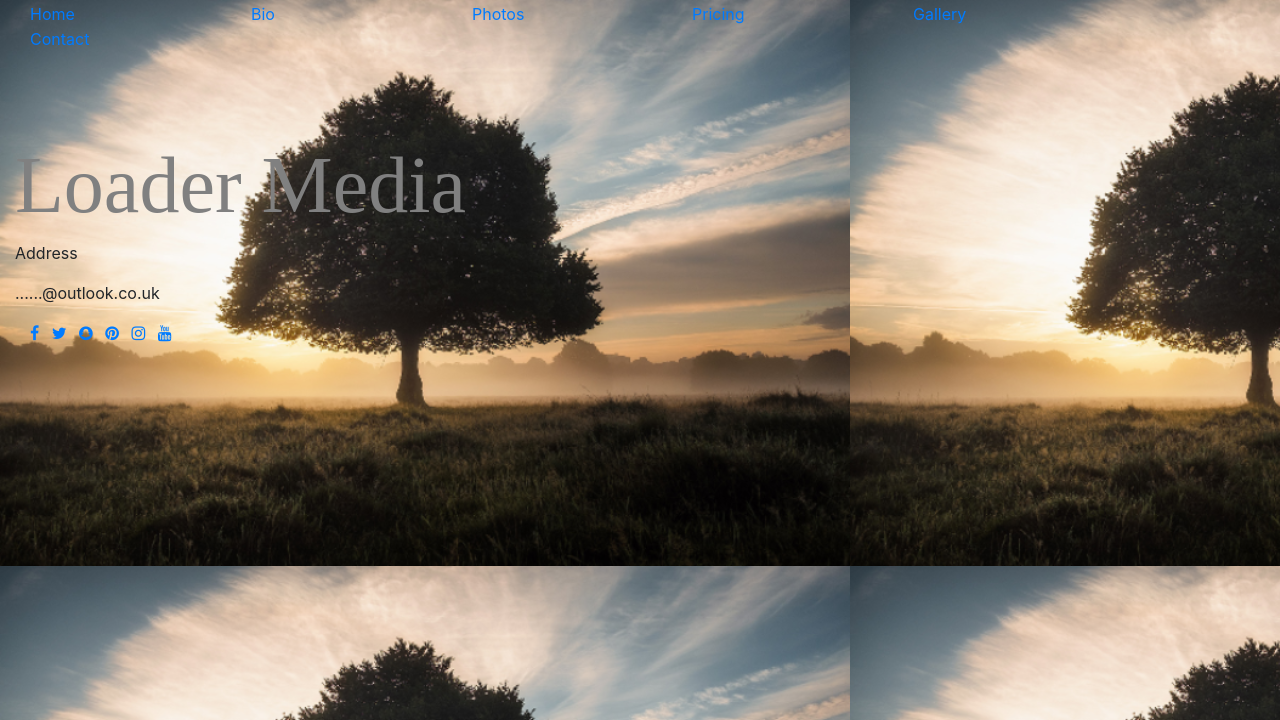
Repository: elizabeth24602/LoaderMedia
Page: index.html
The author's editor kept a record of every edit. The page is drawn from the files as they stood at one moment, then again after the next edit.
The browser window is 1280 px wide. The pictures show the whole page.
Some web fonts or font styles are not loaded; a fallback is used.

Above is the page before.
Console error: TypeError: Cannot read properties of null (reading 'textContent')
Not found: Assests/images/

### index.html
<!DOCTYPE html>
<html lang="en">
<head>
    <meta charset="UTF-8">
    <meta name="viewport" content="width=device-width, initial-scale=1.0">
    <meta http-equiv="X-UA-Compatible" content="ie=edge">

    <link rel="stylesheet" href="static/css/bootstrap.min.css" type="text/css" />
    <link rel="stylesheet" href="static/css/dc.min.css" type="text/css" />



    <link rel="stylesheet" href="https://stackpath.bootstrapcdn.com/bootstrap/4.3.1/css/bootstrap.min.css" type="text/css" />
    <link rel="stylesheet" href="https://stackpath.bootstrapcdn.com/font-awesome/4.7.0/css/font-awesome.min.css" type="text/css" />
    <link href="https://fonts.googleapis.com/css?family=Lacquer&display=swap" rel="stylesheet">
    <link href="https://fonts.googleapis.com/css?family=Beth+Ellen&display=swap" rel="stylesheet">
    <link rel="stylesheet" href="https://cdnjs.cloudflare.com/ajax/libs/hover.css/2.3.1/css/hover-min.css" type="text/css" />
    <link rel="stylesheet" href="Assests/images/" type="text/css" />
    <link rel="stylesheet" href="Assests/css/style.css" type="text/css" />

    <title>Loader Media</title>

     <script type="text/javascript" src="static/js/d3.min.js"></script>
    <script type="text/javascript" src="static/js/crossfilter.min.js"></script>
    <script type="text/javascript" src="static/js/dc.min.js"></script>
    <script type="text/javascript" src="static/js/queue.min.js"></script>
    <script type="text/javascript" src="static/js/graph.js"></script>

</head>
<body class="index">
     <header class="container-fluid">
         <div class="row no-gutters">
            <div class="col">
                <ul id="nav" class="list-inline menucontainer">
                    <li class="col-4 col-sm-2 ui-menu-color-home list-inline-item menuitem">
                        <a href="index.html" class="hvr-underline-from-center"><span>Home</span></a>
                    </li>
                    <li class="col-4 col-sm-2 ui-menu-color-bio list-inline-item menuitem">
                        <a href="bio.html" class="hvr-underline-from-center"><span>Bio</span></a>
                    </li>
                     <li class="col-4 col-sm-2 ui-menu-color-photos list-inline-item menuitem">
                        <a href="photos.html" class="hvr-underline-from-center"><span>Photos</span></a>
                    </li>
                    <li class="col-4 col-sm-2 ui-menu-color-pricing list-inline-item menuitem">
                        <a href="pricing.html" class="hvr-underline-from-center"><span>Pricing</span></a>
                    </li>
                    <li class="col-4 col-sm-2 ui-menu-color-gallery list-inline-item menuitem">
                        <a href="gallery.html" class="hvr-underline-from-center"><span>Gallery</span></a>
                    </li>
                    <li class="col-4 col-sm-2 ui-menu-color-contact list-inline-item menuitem">
                        <a href="contact.html" class="hvr-underline-from-center"><span>Contact</span></a>
                    </li>
                </ul>
            </div>
        </div>

        <div class="row no-gutters">
                <h1 class="name">Loader Media</h1>
            </div>
    </header>

    <section>
      <div>

      </div>
    </section>

    <footer class="container-fluid">
    <div id="footer-details" class="row">
        <div class="col-sm-12">
            <p class="address">Address</p>
        </div>
    </div>
        <div class="row">
            <div class="col-sm-12">
                <p class="email">......@outlook.co.uk</p>
            </div>
        </div>
        <div class="row">
            <div class="col-sm-12">
                        <ul class="list-inline social-links2 container-fluid">
                    <li class="list-inline-item">
                        <a target="_blank" href="#">
                            <i class="fa fa-facebook" aria-hidden="true"></i>
                            <span class="sr-only">Facebook</span>
                        </a>
                    </li>
                    <li class="list-inline-item">
                        <a target="_blank" href="#">
                            <i class="fa fa-twitter" aria-hidden="true"></i>
                            <span class="sr-only">Twitter</span>
                        </a>
                    </li>
                    <li class="list-inline-item">
                        <a target="_blank" href="#">
                            <i class="fa fa-snapchat" aria-hidden="true"></i>
                            <span class="sr-only">Snapchat</span>
                        </a>
                    </li>
                    <li class="list-inline-item">
                        <a target="_blank" href="#">
                            <i class="fa fa-pinterest" aria-hidden="true"></i>
                            <span class="sr-only">Pinterest</span>
                        </a>
                    </li>
                    <li class="list-inline-item">
                        <a target="_blank" href="#">
                            <i class="fa fa-instagram" aria-hidden="true"></i>
                            <span class="sr-only">Instagram</span>
                        </a>
                    </li>
                    <li class="list-inline-item">
                        <a target="_blank" href="#">
                            <i class="fa fa-youtube" aria-hidden="true"></i>
                            <span class="sr-only">YouTube</span>
                        </a>
                    </li>
                </ul>
            </div>
        </div>
    </footer>

</body>
</html>

### Assests/css/style.css
@import url('https://fonts.googleapis.com/css?family=Lacquer:100,200,300,400,500,600,700|Beth+Ellen:100,200,300,400,500,600,700|Pacifico:100,200,300,400,500,600,700');

/*-------------------------------Website Name */

.name {
    font-family: "Beth+Ellen";
     font-weight: 100;
    font-size: 80px;
    margin-top: 70px;
    text-align: center;
    color: #808080;
}

.name3 {
    font-family: "Beth+Ellen";
     font-weight: 60;
    font-size: 50px;
    margin-top: 70px;
    text-align: center;
    color: #595959;
}

/*-------------------------------Background */

body {
  background-image: url("landscape.jpg");
  background-image: url("lan
  height: 500px;
  background-position: center;
  background-repeat: no-repeat;
  background-size: cover;dscape.jpg");
  background-color: #fff5ee;
  height: 500px;
  background-position: center;
  background-repeat: no-repeat;
  background-size: cover;
}

/*-------------------------------Social */

.social-links {
    padding-top: 15px;
    padding-bottom: 15px;
}

.social-links li a i {
    width: 30px;
    height: 30px;
    padding: 12px 0;
    border-radius: 20%;
    font-size: 25px;
    line-height: 7px;
    text-align: center;
    color: #8ca3a3;
    background: #fff5ee;
    transition: all 0.35s ease-in-out;
    -moz-transition: all 0.35s ease-in-out;
    -webkit-transition: all 0.35s ease-in-out;
    -o-transition: all 0.35s ease-in-out;
}

/*-------------------------------menu */


.list-inline-item:not(:last-child) {
    margin: 0;
}

.menucontainer {
    font-size: 0;
    margin: auto;
    width: 60%;
    padding: 10px;
}

#nav li {
    font-size: 20px;
    font-family: 'Beth+Ellen';
    padding: 0;
}

.menuitem {
    text-align: center;
    padding: 0;
}

.body {
    text-align: center;
}

.menuitem a {
    width: 100%;
    text-decoration: none;
    color: #808080;
}

.hvr-underline-from-center:before {
    background-color: #ffffff;
    color: #d3d3d3;
}


.a:hover {
    text-decoration: none;
}

/*-------------------------------Footer */


footer {
    background-color: #666633;
    color: #ffffff;
    min-height: 120px;
    margin: 0;
}

.address {
    color: #ffffff;
    text-align: center;
    font-family: "Beth+Ellen";
    padding-top: 20px;
    font-size: 20px;
}
.email {
    color: #ffffff;
    text-align: center;
    font-family: "Beth+Ellen";
    padding: 10px;
    font-size: 20px;
}

.social-links2 {
    padding-top: 15px;
    padding-bottom: 15px;
    text-align: center;
}

.social-links2 li a i {
    width: 30px;
    height: 30px;
    padding: 12px 0;
    border-radius: 20%;
    font-size: 25px;
    line-height: 7px;
    text-align: center;
    color: #ffffff;
    transition: all 0.35s ease-in-out;
    -moz-transition: all 0.35s ease-in-out;
    -webkit-transition: all 0.35s ease-in-out;
    -o-transition: all 0.35s ease-in-out;
}

/*-------------------------------Home */

body {
  background-image: url("../images/horses.jpg");
  background-color: #fff5ee;
  height: 500px;
  background-position: center;
  background-repeat: no-repeat;
  background-size: cover;
}
/*-------------------------------Photos */
.purchased {
    font-family: 'pacifico';
    font-weight: 100;
    font-size: 30px;
    margin-top: 50px;
    text-align: center;
    color: #808080;
}

.gender {
    color: #808080;
    font-family: "Beth+Ellen";
}

.dc-chart rect.bar {
fill: #666633;
}

.gender-balance {
    color: #808080;
}

.info {
    font-family: "pacifico";
    color: #808080;
    text-align: center;
}

.info2 {
    font-family: "pacifico";
    color: #808080;
    text-align: center;
}

.info3 {
    font-family: "pacifico";
    color: #808080;
    text-align: center;
}

.shade {
    color: #ffffff;
    font-family: "Beth+Ellen";
}

/*-------------------------------Gallery */

.row {
  display: flex;
  flex-wrap: wrap;
  padding: 0 4px;
}

/* Create two equal columns that sits next to each other */
.column {
  flex: 50%;
  padding: 0 4px;
}

.column img {
  margin-top: 8px;
  vertical-align: middle;
}

/*-------------------------------contact */

.contact-heading {
    font-family: "Beth+Ellen";
    text-align: center;
    font-weight: 100;
    margin-top: 25px;
    margin-bottom: 20px;
    color: #808080;
}

.text-center {
    font-family: "pacifico";
    text-align: center;
    font-weight: 100;
    margin-top: 25px;
    margin-bottom: 20px;
    color: #808080;
}


.center-form {
    padding-top: 10px;
    margin: 0 auto;
    max-width: 70%;
    font-family: "Beth+Ellen";
}

button[type="submit"] {
    margin-top: 15px;
    margin-bottom: 20px;
    background-color: #666633;
    color: #fafafa;
    font-family: "Beth+Ellen";
}

.chat {
   font-family: "Beth+Ellen";
    font-weight: 100;
    margin-top: 180px;
    margin-bottom: 20px;
    text-align: center;
    color: #595959;
}

.number {
     font-family: "pacifico";
    font-weight: 100;
    margin-top: 125px;
    margin-bottom: 20px;
    text-align: center;
    color: #808080;
}

.laptop {
    display: block;
  margin-left: auto;
  margin-right: auto;
  margin-top: 20px;
  width: 90%;
}

.phone {
  display: block;
  margin-left: auto;
  margin-right: auto;
  margin-top: 20px;
  margin-bottom: 20px;
  width: 90%;
}

### static/js/graph.js
queue()
    .defer(d3.csv, "data/Salaries.csv")
    .await(makeGraphs);

function makeGraphs(error, salaryData) {
    var ndx = crossfilter(salaryData);

    salaryData.forEach(function(d){
        d.salary = parseInt(d.salary);
    })

    show_discipline_selector(ndx);
    show_gender_balance(ndx);
    show_average_salary(ndx);
    show_rank_distribution(ndx);

    dc.renderAll();
}

function show_discipline_selector(ndx) {
    var dim = ndx.dimension(dc.pluck('discipline'));
    var group = dim.group();

    dc.selectMenu("#discipline-selector")
        .dimension(dim)
        .group(group);
}


function show_gender_balance(ndx) {
    var dim = ndx.dimension(dc.pluck('sex'));
    var group = dim.group();

    dc.barChart("#gender-balance")
        .width(400)
        .height(300)
        .margins({top: 10, right: 50, bottom: 30, left: 50})
        .dimension(dim)
        .group(group)
        .transitionDuration(500)
        .x(d3.scale.ordinal())
        .xUnits(dc.units.ordinal)
        .xAxisLabel("Gender")
        .yAxis().ticks(20);
}


function show_average_salary(ndx) {
    var dim = ndx.dimension(dc.pluck('sex'));

    function add_item(p, v) {
        p.count++;
        p.total += v.salary;
        p.average = p.total / p.count;
        return p;
    }

    function remove_item(p, v) {
        p.count--;
        if(p.count == 0) {
            p.total = 0;
            p.average = 0;
        } else {
            p.total -= v.salary;
            p.average = p.total / p.count;
        }
        return p;
    }

    function initialise() {
        return {count: 0, total: 0, average: 0};
    }

    var averageSalaryByGender = dim.group().reduce(add_item, remove_item, initialise);

    dc.barChart("#average-salary")
        .width(400)
        .height(300)
        .margins({top: 10, right: 50, bottom: 30, left: 50})
        .dimension(dim)
        .group(averageSalaryByGender)
        .valueAccessor(function(d){
            return d.value.average.toFixed(2);
        })
        .transitionDuration(500)
        .x(d3.scale.ordinal())
        .xUnits(dc.units.ordinal)
        .elasticY(true)
        .xAxisLabel("Shade")
        .yAxis().ticks(10);
}


function show_rank_distribution(ndx) {

    function rankByGender(dimension, rank) {
        return dimension.group().reduce(
            function (p, v) {
                p.total++;
                if(v.rank == rank) {
                    p.match++;
                }
                return p;
            },
            function (p, v) {
                p.total--;
                if(v.rank == rank) {
                    p.match--;
                }
                return p;
            },
            function () {
                return {total: 0, match: 0};
            }
        );
    }

    var dim = ndx.dimension(dc.pluck("sex"));
    var profByGender = rankByGender(dim, "Motor Vehicles");
    var asstProfByGender = rankByGender(dim, "Animals");
    var assocProfByGender = rankByGender(dim, "Landscapes");

    dc.barChart("#rank-distribution")
        .width(400)
        .height(300)
        .dimension(dim)
        .group(profByGender, "Motors")
        .stack(asstProfByGender, "Animals")
        .stack(assocProfByGender, "Landscapes")
        .valueAccessor(function(d) {
            if(d.value.total > 0) {
                return (d.value.match / d.value.total) * 100;
            } else {
                return 0;
            }
        })
        .x(d3.scale.ordinal())
        .xUnits(dc.units.ordinal)
        .legend(dc.legend().x(320).y(20).itemHeight(15).gap(5))
        .margins({top: 10, right: 100, bottom: 30, left: 30});
}

Loaded but not shown: static/css/bootstrap.min.css (library); static/css/dc.min.css (library); static/js/d3.min.js (library); static/js/crossfilter.min.js (library); static/js/dc.min.js (library); static/js/queue.min.js (common file)

After the next edit:
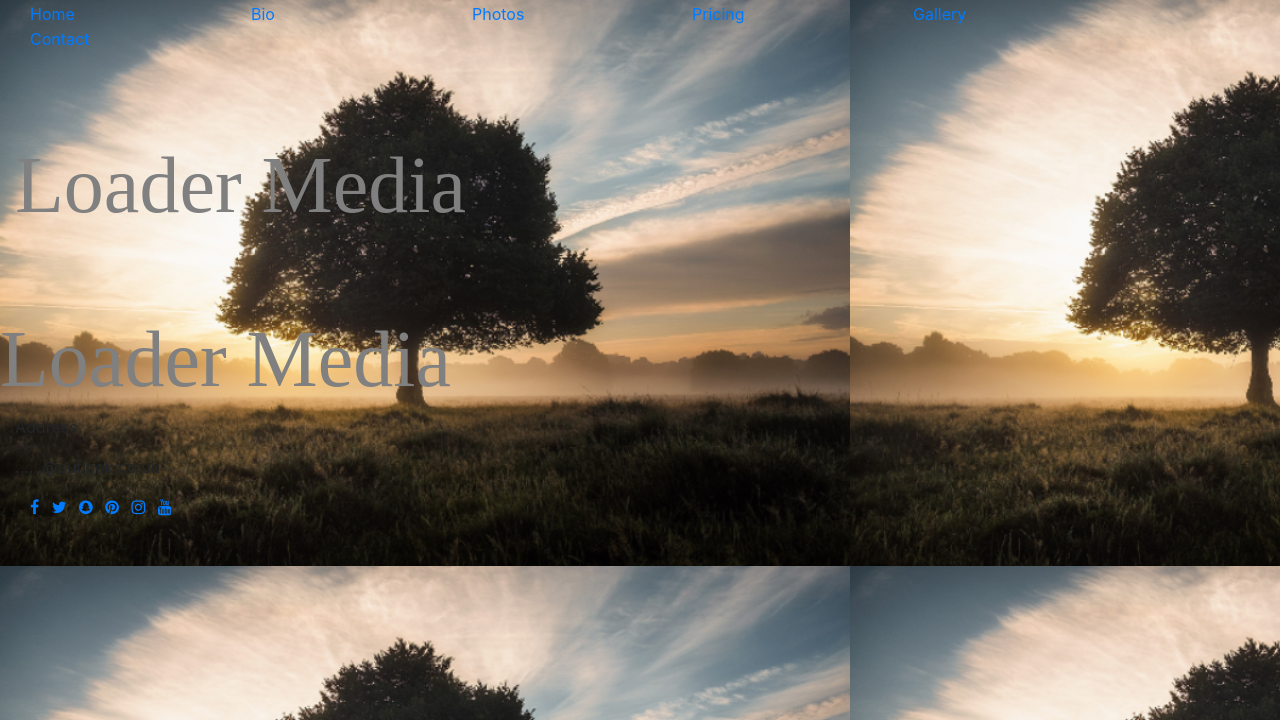
The edit:
--- a/index.html
+++ b/index.html
@@ -60,9 +60,9 @@
     </header>
 
     <section>
-      <div>
-
-      </div>
+        <div class="row no-gutters">
+                <h1 class="name">Loader Media</h1>
+            </div>
     </section>
 
     <footer class="container-fluid">
